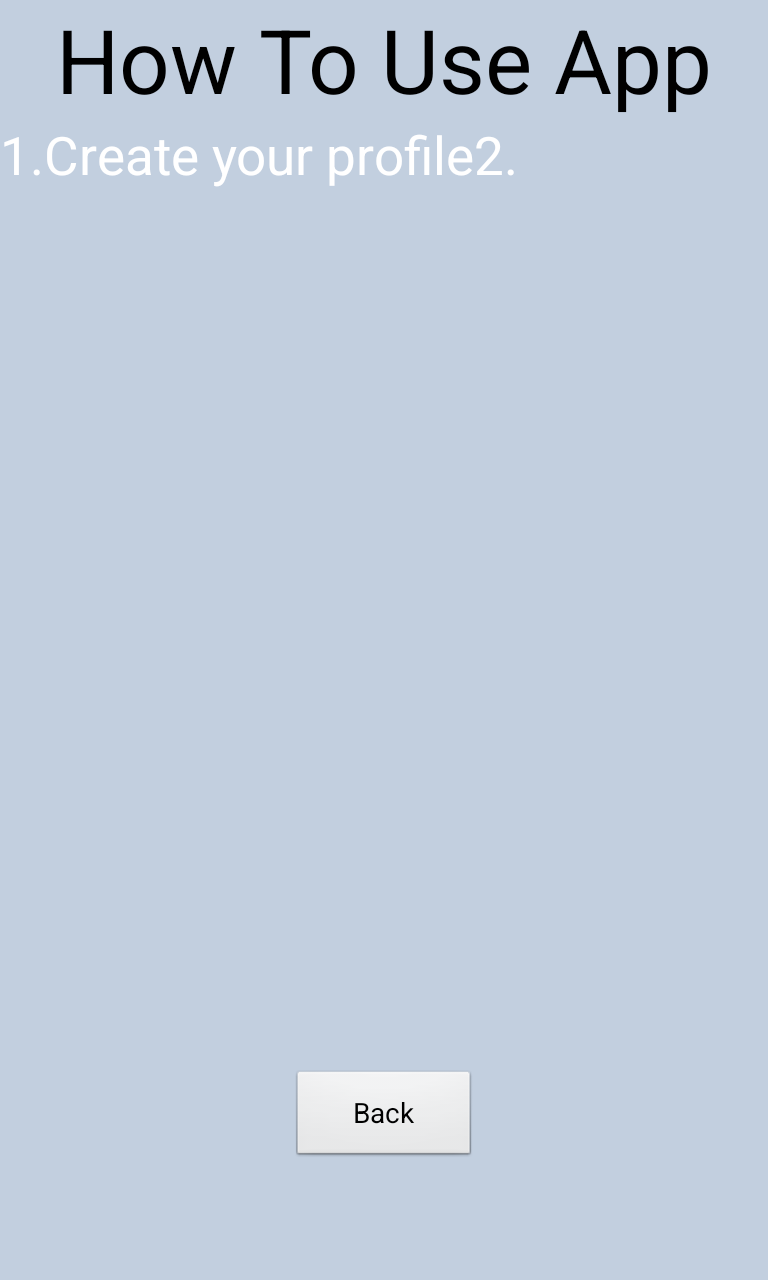
Repository: parinya1968/My-project
Layout: DroidWork/getBig/res/layout/howto.xml
These files come from the project's save history. The layout is drawn as it stood at one moment and after the next save; the edit follows.
It is drawn on a 768 x 1280 px phone screen (xhdpi) without system bars, with theme android:Theme.NoTitleBar.Fullscreen; the app's code is not run.

Above is the layout before, as saved 2012-06-20 05:54:08.

### DroidWork/getBig/res/layout/howto.xml
<?xml version="1.0" encoding="utf-8"?>
<LinearLayout xmlns:android="http://schemas.android.com/apk/res/android"
    android:layout_width="fill_parent"
    android:layout_height="fill_parent"
    android:background="#C2CFDF"
    android:orientation="vertical" >

    <TextView
        android:layout_width="wrap_content"
        android:layout_height="wrap_content"
        android:layout_gravity="center_horizontal"
        android:text="How To Use App"
        android:textColor="#000000"
        android:textSize="20pt" />




    <TextView
        android:id="@+id/textView1"
        android:layout_width="match_parent"
        android:layout_height="475dp"
        android:layout_gravity="center"
        android:textColor="@android:color/white"
         android:text="@string/howTo"
        android:textSize="12pt" />


    <Button
        android:id="@+id/howtoBackBtn"
        android:layout_width="94dp"
        android:layout_height="wrap_content"
        android:layout_gravity="center"
        android:text="Back" />

</LinearLayout>

### DroidWork/getBig/res/values/strings.xml
<?xml version="1.0" encoding="utf-8"?>
<resources>

    <string name="hello">Hello World, GetBigActivity!</string>
    <string name="app_name">GetBig</string>
    <string name="howTo">1.Create your profile<br />2.</string>

</resources>

After the next save:
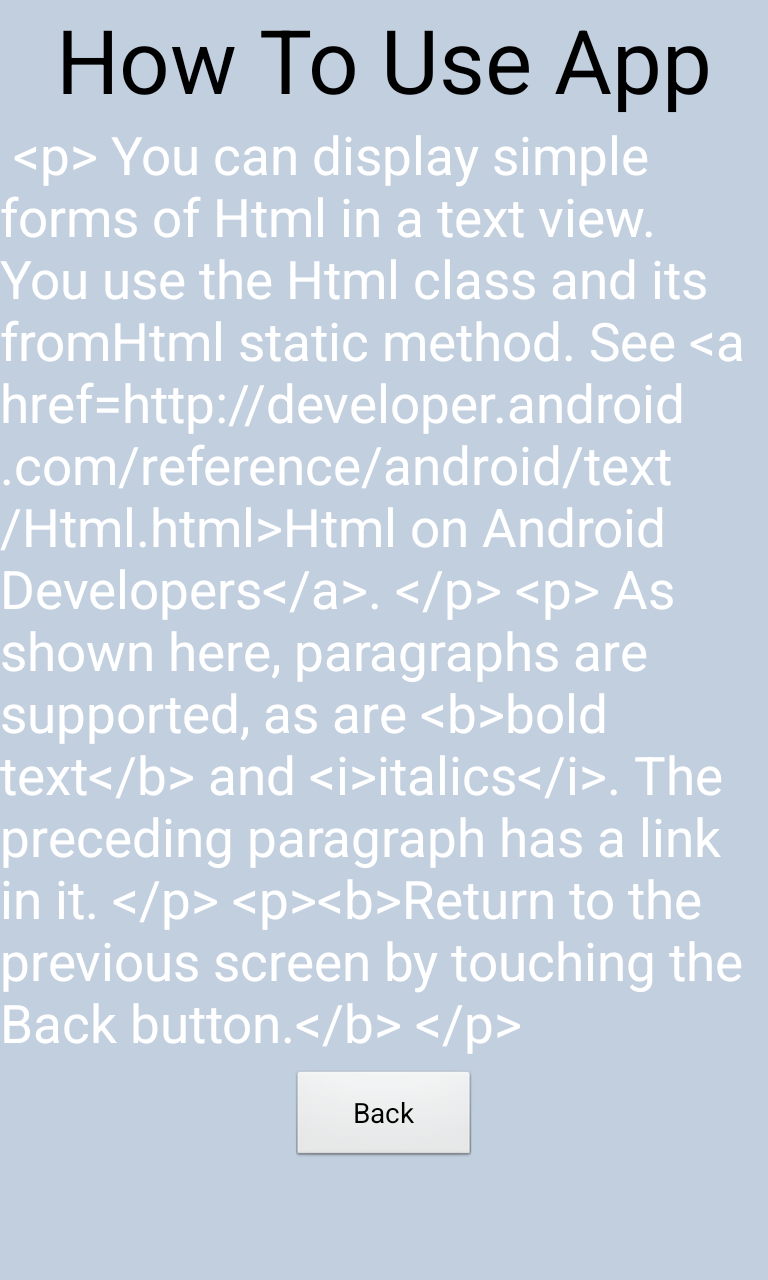
Saved 65 s later.
--- a/DroidWork/getBig/res/values/strings.xml
+++ b/DroidWork/getBig/res/values/strings.xml
@@ -3,6 +3,21 @@
 
     <string name="hello">Hello World, GetBigActivity!</string>
     <string name="app_name">GetBig</string>
-    <string name="howTo">1.Create your profile<br />2.</string>
+    <string name="howTo"><![CDATA[
+ <p>
+ You can display simple forms of Html in a text view.
+ You use the Html class and its fromHtml static method.
+ See
+ <a href="http://developer.android.com/reference/android/text/Html.html">Html
+  on Android Developers</a>.
+ </p>
+ <p>
+ As shown here, paragraphs are supported,
+ as are <b>bold text</b> and <i>italics</i>.
+ The preceding paragraph has a link in it.
+ </p>
+ <p><b>Return to the previous screen by touching the Back button.</b>
+ </p>
+ ]]></string>
 
 </resources>
